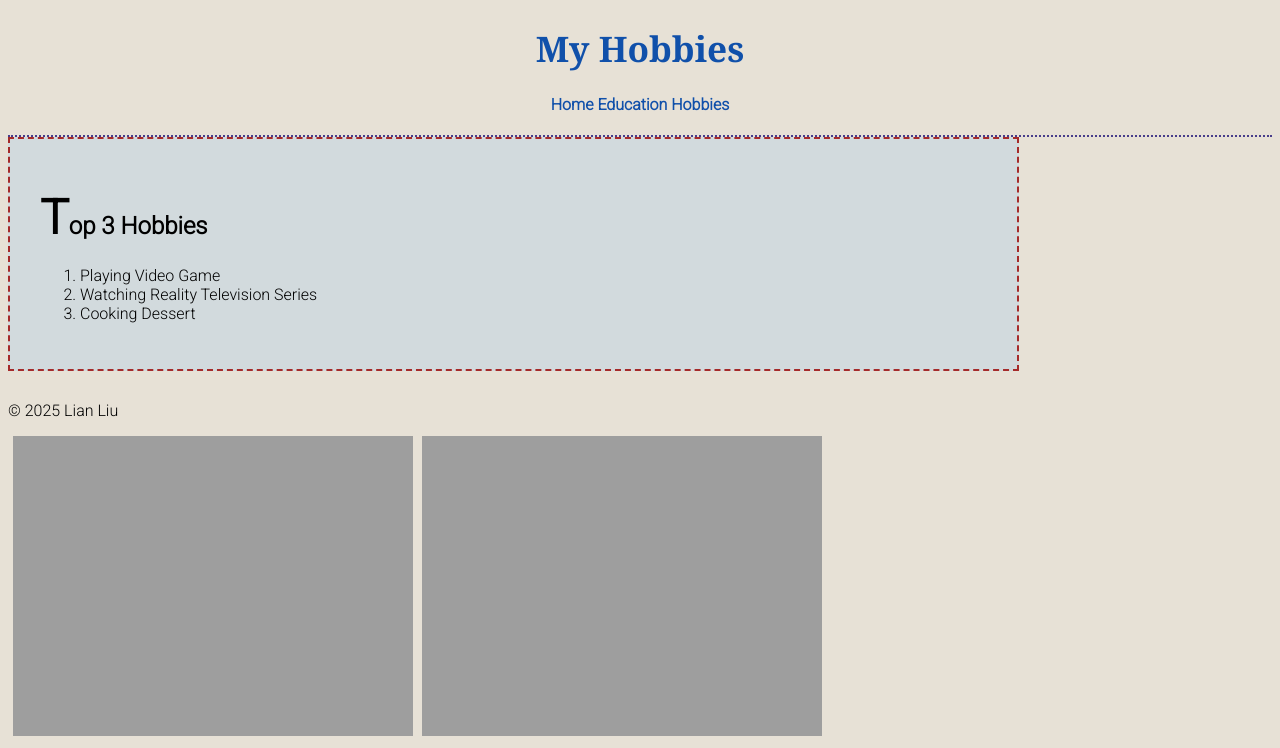
Repository: liulian26/CS5610
Page: assignment-1-liulian26/pages/hobbies.html
These files come from the project's save history. The page is drawn as it stood at one moment and after the next save; the edit follows.
The browser window is 1280 px wide. The pictures show the whole page.
Pictures or frames that could not be fetched are drawn as grey boxes.

Above is the page before, as saved 2025-02-01 00:29:46.

### assignment-1-liulian26/pages/hobbies.html
<!DOCTYPE html>
<html lang="en">
<head>
    <meta charset="UTF-8">
    <meta name="viewport" content="width=device-width, initial-scale=1.0">
    <title>Hobbies - My Portfolio</title>
    <link rel="stylesheet" href="../css/styles.css">
    <link rel="icon" href="../images/favicon.ico" type="image/x-icon">
</head>
<body>
    <header>
        <h1>My Hobbies</h1>
        <nav>
            <ul>
                <li><a href="../index.html">Home</a></li>
                <li><a href="education.html">Education</a></li>
                <li><a href="hobbies.html">Hobbies</a></li>
            </ul>
        </nav>
    </header>

    <main>
        <section>
            <h2>Top 3 Hobbies</h2>
            <ol>
                <li>Playing Video Game</li>
                <li>Watching Reality Television Series</li>
                <li>Cooking Dessert</li>
            </ol>
        </section>

    </main>

    <footer>
        <p>&copy; 2025 Lian Liu</p>
        <a href="https://github.com/liulian26" target="_blank">
            <i class="fab fa-github"></i>
        </a>
        <a href="mailto:liu.lian1@northeastern.edu">
            <i class="fas fa-envelope"></i>
        </a>
    </footer>
</body>
</html>

### assignment-1-liulian26/css/styles.css
@import url('https://fonts.googleapis.com/css2?family=Roboto:wght@300&display=swap');

header {
    text-align: center;
    border-bottom: 2px dotted darkslateblue;
    padding-bottom: 5px;

}

#role {
    font-weight: bold;
}

h1 {
    color: #1050aa;
    font-family: Georgia, 'Times New Roman', Times, serif;
    font-size: 2.2em;
}

nav ul {
    list-style-type: none;
    padding: 0;
    text-align: center;
}

nav ul li {
    display: inline;
    margin-right: 0 20px;
}

nav ul li a {
    text-decoration: none;
    color: #1050aa;
    font-weight: bold;
}

nav ul li a:hover {
    color: crimson;
}

main {
    width: 80%;
    margin: 20 auto;
}

section {
    border: 2px dashed brown;
    padding: 30px;
    margin-bottom: 30px;
    background-color: rgba(126, 191, 251, 0.2);
}

body {
    background-color: rgb(231, 225, 214);
    font-family: 'Roboto', sans-serif;
}

.about {
    border: 2px dashed brown;
    margin: 10px 0;
}

.projects {
    border: 2px dashed brown;
    margin: 10px 0;
}

a[href*="github"]:hover {
    color: crimson;
}

a[href*="github"]::after {
    content: url(../images/GitHub-Mark-32px.png);
    margin-left: 5px;
    vertical-align: middle;
}

h2::first-letter {
    font-size: 3rem;
}

header a:nth-of-type(2) {
    margin-left: 20px;
}


.education .education-list > li:first-child {
    font-style: italic;
  }

  .skills li {
    list-style-type: none;
  }

.experience > ul > li~li {
    color: darkgreen;
}

a[href$=".edu"]::before {
    content: url(../images/link.png);
    margin-left: 5px;
    vertical-align: middle;
}

.skills li:last-child {
    font-size: 1.3rem;
    background-color: rgba(120, 120, 120, 0.2);
}

header a:visited {
    color: rgb(237, 122, 127);
}

After the next save:
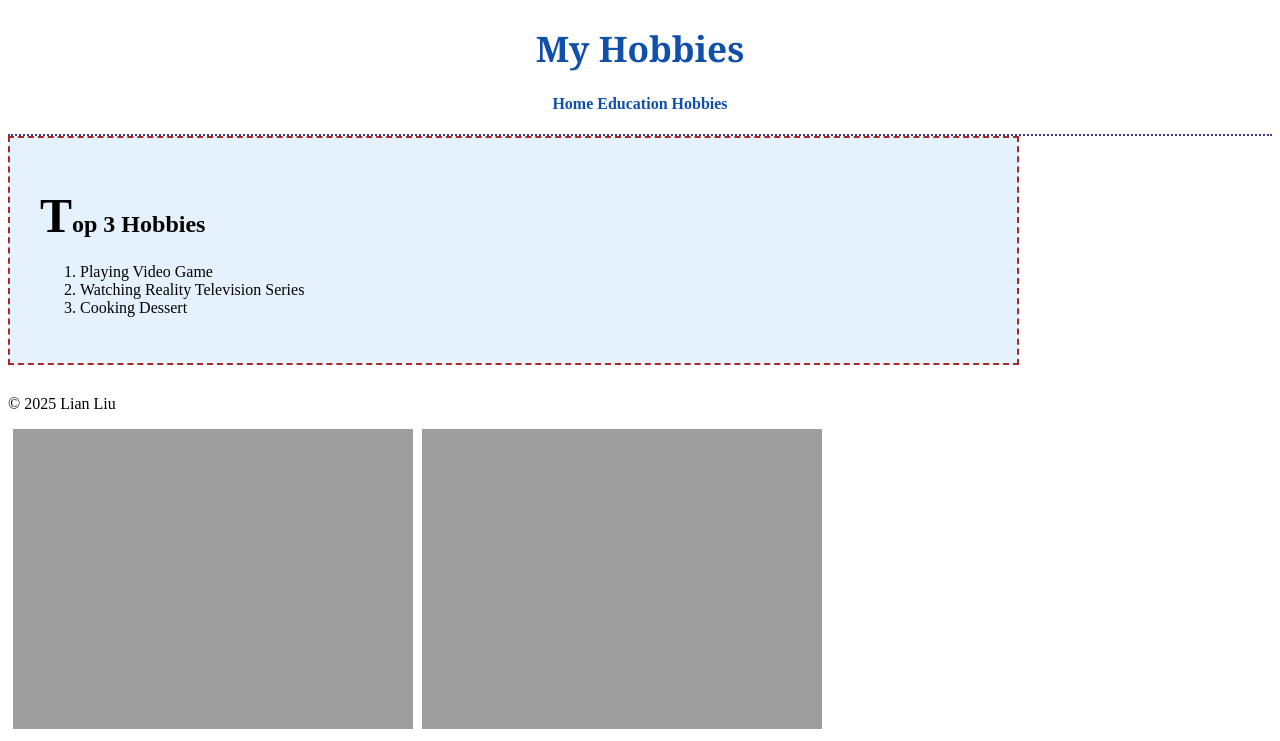
Saved 78 s later.
--- a/assignment-1-liulian26/css/styles.css
+++ b/assignment-1-liulian26/css/styles.css
@@ -50,19 +50,8 @@
     background-color: rgba(126, 191, 251, 0.2);
 }
 
-body {
-    background-color: rgb(231, 225, 214);
-    font-family: 'Roboto', sans-serif;
-}
-
-.about {
-    border: 2px dashed brown;
-    margin: 10px 0;
-}
-
-.projects {
-    border: 2px dashed brown;
-    margin: 10px 0;
+h2::first-letter {
+    font-size: 3rem;
 }
 
 a[href*="github"]:hover {

After the save that followed:
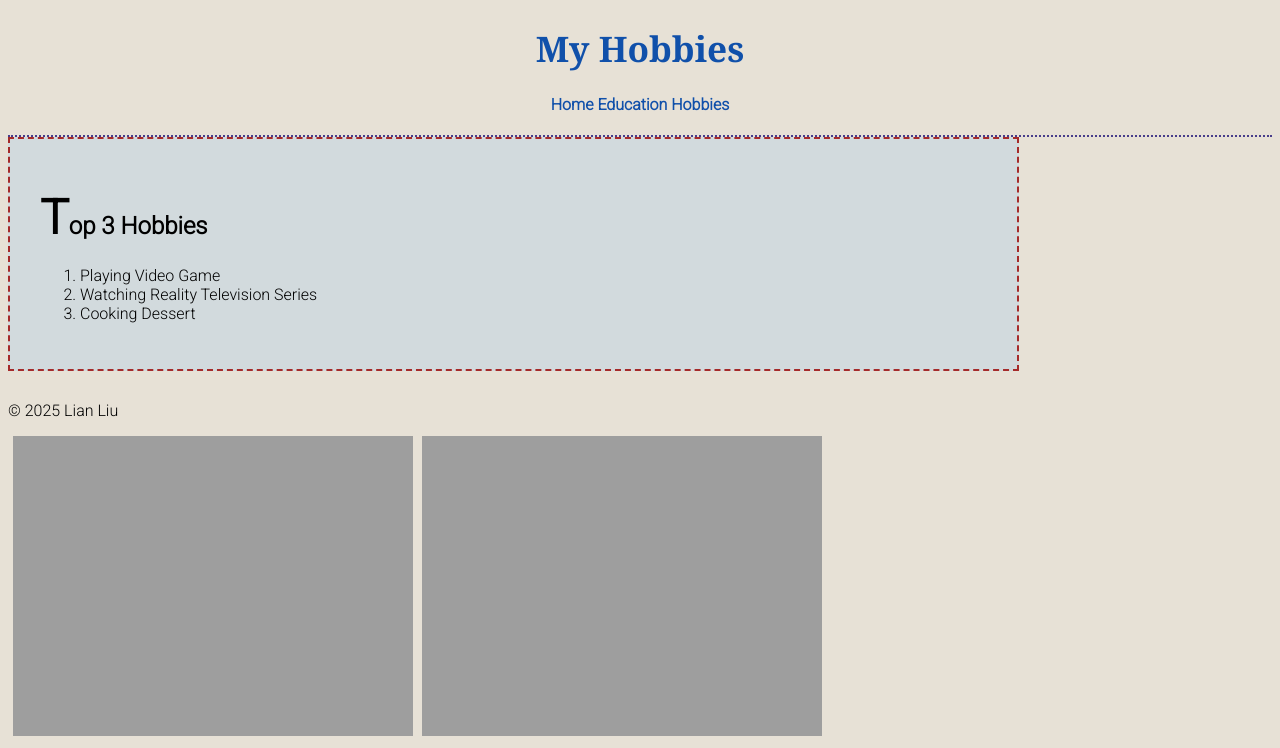
Saved 22 s later.
--- a/assignment-1-liulian26/css/styles.css
+++ b/assignment-1-liulian26/css/styles.css
@@ -50,8 +50,19 @@
     background-color: rgba(126, 191, 251, 0.2);
 }
 
-h2::first-letter {
-    font-size: 3rem;
+body {
+    background-color: rgb(231, 225, 214);
+    font-family: 'Roboto', sans-serif;
+}
+
+.about {
+    border: 2px dashed brown;
+    margin: 10px 0;
+}
+
+.projects {
+    border: 2px dashed brown;
+    margin: 10px 0;
 }
 
 a[href*="github"]:hover {
